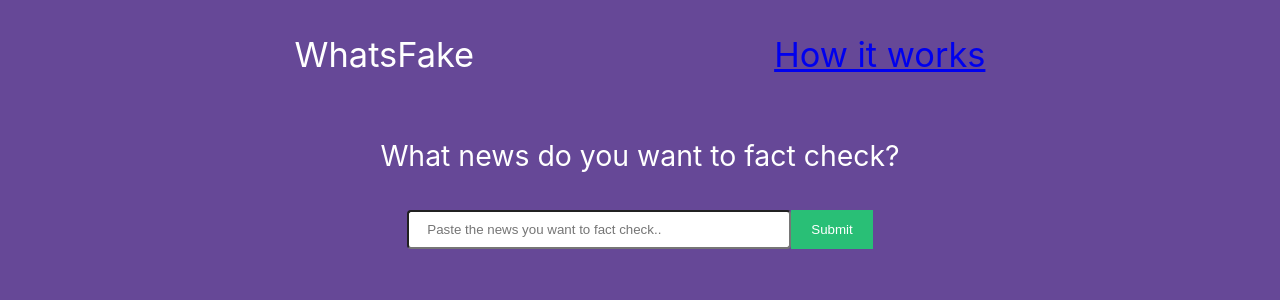
Repository: alkalox/FakeNews
Page: /
The author's editor kept a copy of each file at every save. The page is drawn from the files as they stood at one save, then again after the next save.
The browser window is 1280 px wide. The pictures show the whole page.
The project was rebuilt for these pictures with package versions that can differ from the ones it lists, and the page was loaded fresh each time.

Above is the page before, as saved 2019-04-23 19:48:15.

After the next save:
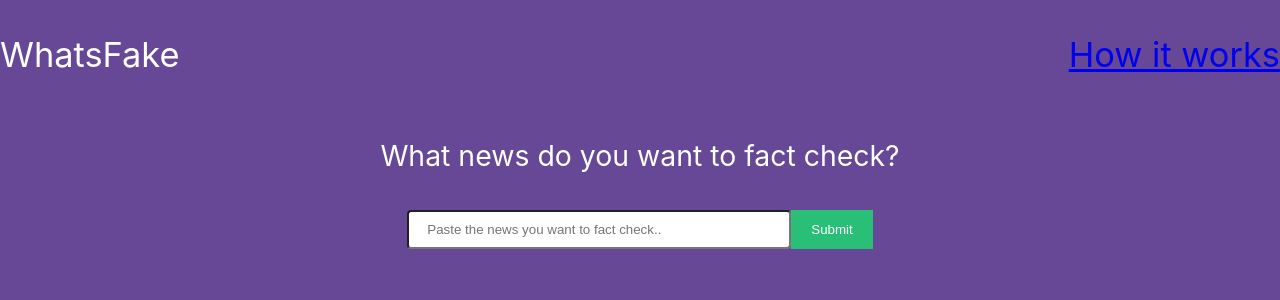
Saved 111 s later.
--- a/src/App.css
+++ b/src/App.css
@@ -10,14 +10,11 @@
   display: flex;
   flex-direction: row;
   align-items: center;
-  justify-content: center;
+  justify-content: space-between;
   font-size: calc(20px + 2vmin);
   color: white;
 }
 
-.how {
-  margin-left: 300px;
-}
 .input {
   width: 30%;
   padding: 10px 18px;
